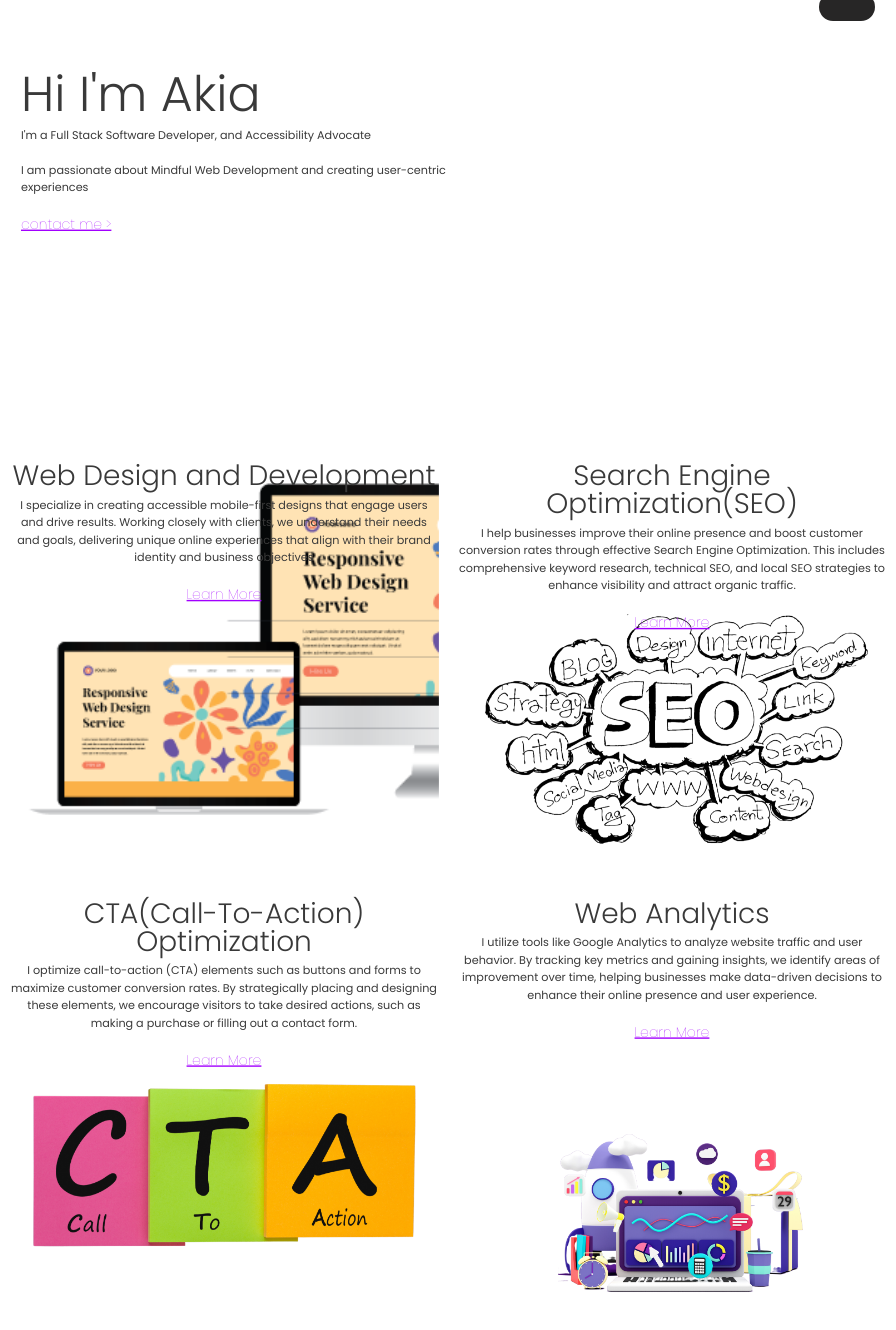
Repository: akiachenise/akiachenise.github.io
Page: index.html
These files come from the project's save history. The page is drawn as it stood at one moment and after the next save; the edit follows.
The browser window is 1280 px wide. The pictures show the part of the page from y = 40 to 1940 px (the page is 2883 px tall), at 70% of full size.
Pictures or frames that could not be fetched are drawn as grey boxes.

Above is the page before, as saved 2023-06-08 18:07:42.

### index.html
<!DOCTYPE html>
<html lang = "en">
<head>
     <meta charset="utf-8" />
     <title>Developed By Akia</title>
     <link rel="stylesheet" href="styles.css" />
     <meta name="viewport" content="width=device-width, initial-scale=1">

</head>
<body>
    <header>
        <div class="switch">
            <div class="flicker"></div>
            <div class="moon"></div>
        </div>
    </header>

    <section class="main">
        <div class="main-text">
            <h1>Hi I'm Akia</h1>
            <p>I'm a Full Stack Software Developer, and Accessibility Advocate</p>
            <br/>
            <p>I am passionate about Mindful Web Development and creating user-centric experiences</p>
            <br/>
            <a href="#footer">contact me ></a>
        </div>

        </section>
    <section class="sub-section">
        <div class="square" id="web-design">
            <h2>Web Design and Development</h2>
            <p>I specialize in creating accessible mobile-first designs that engage users and drive results. Working closely with clients, we understand their needs and goals, delivering unique online experiences that align with their brand identity and business objectives</p>
            </br>
            <a href="">Learn More</a>
        </div>
        <div class="square" id="search-engine">
            <h2>Search Engine Optimization(SEO)</h2>
            <p>I help businesses improve their online presence and boost customer conversion rates through effective Search Engine Optimization. This includes comprehensive keyword research, technical SEO, and local SEO strategies to enhance visibility and attract organic traffic.</p>
            </br>
            <a href="">Learn More</a>
        </div>
        <div class="square" id="call-to-action">
            <h2>CTA(Call-To-Action) Optimization</h2>
            <p>I optimize call-to-action (CTA) elements such as buttons and forms to maximize customer conversion rates. By strategically placing and designing these elements, we encourage visitors to take desired actions, such as making a purchase or filling out a contact form.</p>
            </br>
            <a href="">Learn More</a>
        </div>
        <div class="square" id="web-analytics">
            <h2>Web Analytics</h2>
            <p>I utilize tools like Google Analytics to analyze website traffic and user behavior. By tracking key metrics and gaining insights, we identify areas of improvement over time, helping businesses make data-driven decisions to enhance their online presence and user experience.</p>
            </br>
            <a href="">Learn More</a>
        </div>
        <div class="square" id="coming-soon"></div>
            <h2>COMING SOON: Mindful Melanin</h2>
            <p>As an additional offering, I am developing an accessible web application called Mindful Melanin. This platform empowers black women by providing daily affirmations, journaling spaces, and goal setting and tracking features. It promotes self-care, mental well-being, and personal growth in a modern and accessible way.</p>
            </br>
            <a href="">Learn More</a>
        </div>
    </section>

        <footer id ="footer">
            <p> Developed with 💜 By Akia</p>
            <p>developedbyakia@gmail.com</p>
        </footer>

            <script src="scripts.js></script>
        </body>
    </html>

### css/styles.css
@import url('https://fonts.googleapis.com/css2?family=Poppins:ital,wght@0,100;0,200;0,300;0,400;0,500;0,600;0,700;0,800;0,900;1,100;1,200;1,400;1,500;1,600;1,700;1,800;1,900&display=swap');

body {
    transition: 0.3s;
    margin: 0;
    padding:0;
    background-color: 241, 239, 239);
    font-family: 'Poppins', sans-serif;
    color: rgb(57, 57, 57);
}
h1 {
    font-size: 70px;
    line-height:70px;
    font-weight: 300;
    margin: 10px 0;
}

h2 {
    font-size: 40px;
    line-height: 40px;
    font-weight: 300;
    margin: 10px 0;
}

p {
    margin: 0px;
    font-size 20px;
}

a {
    color:rgb(162, 0, 255);
    font-size: 20px;
    font-weight: 100;
}

.dark a {
    color: rgb(246, 169, 241);
}


header {
    display: flex;
    justify-content: flex-end;
    padding: 30px;
}

.switch {
  width: 80px;
  height: 40px;
  border-radius: 20px;
  background-color: rgb(39, 38, 38);
  position:relative:
}

.flicker {
  width: 30px;
  height: 30px;
  border-radius: 15px;
  background-color: rgb(255, 255, 255);
  position:absolute;
  top: 5px;
  left: 5px;
  transition: 0.3s;
  box-shadow:
    inset 4px 4px 4px rgb(255, 255, 255);
    inset -4px -4px -1px rgb(195 193 198 / 90%);
}

.dark {
    background-color: rgb(57, 57, 57);
    transition: 0.3s;
}

.moon {
    width: 20px;
    height: 20px;
    border-radius: 10px;
    box-shadow: 4px 4px 0 0 rgb(255, 255, 255);
    position: absolute;
    top: 5px;
    left: 45px;
}

.dark .flicker {
    transform: translateX(40px);
}

.dark > * {
    color: rgb(255, 255, 255);
}

.main{
    height: 80vh;
}
.main-text {
    width: 50%;
    padding: 30px;
}

.square{
    width: 98%%;
    margin: 1%
    height: 350px;
    background-color: rgb(255, 255, 255);
    text-align: center;
}

.dark .square {
    background-color: rgb(71, 71, 71);
}
#web-design {
    background-image: url("images/web-design.png");
    background-size: cover;
}

#search-engine {
    background-image: url("images/search-engine.png");
    background-size: cover;
}

#call-to-action{
    background-image: url("images/call-to-action.png");
    background-size: cover;
}

#web-analytics {
    background-image: url("images/web-analytics.png");
    background-size: cover;
}

#coming-soon {
    background-image: url("images/coming-soon-light.png");
    background-size: cover;
}

.dark #coming-soon {
    background-image: url("images/coming-soon-dark.png");
    background-size: cover;
}



.sub-section {
    display: flex;
    flex-wrap: wrap;
}

footer {
    display: flex;
    justify-content: center;
    padding: 100px 30px;
    background-color: rgb(136, 136, 136);
}

.dark footer {
    background-color: (28, 28, 28);
}


@media only screen and (min-width: 970px) {
    .square {
        width: 48%;
        margin: 1%;
        height: 600px;
    }

}
}

After the next save:
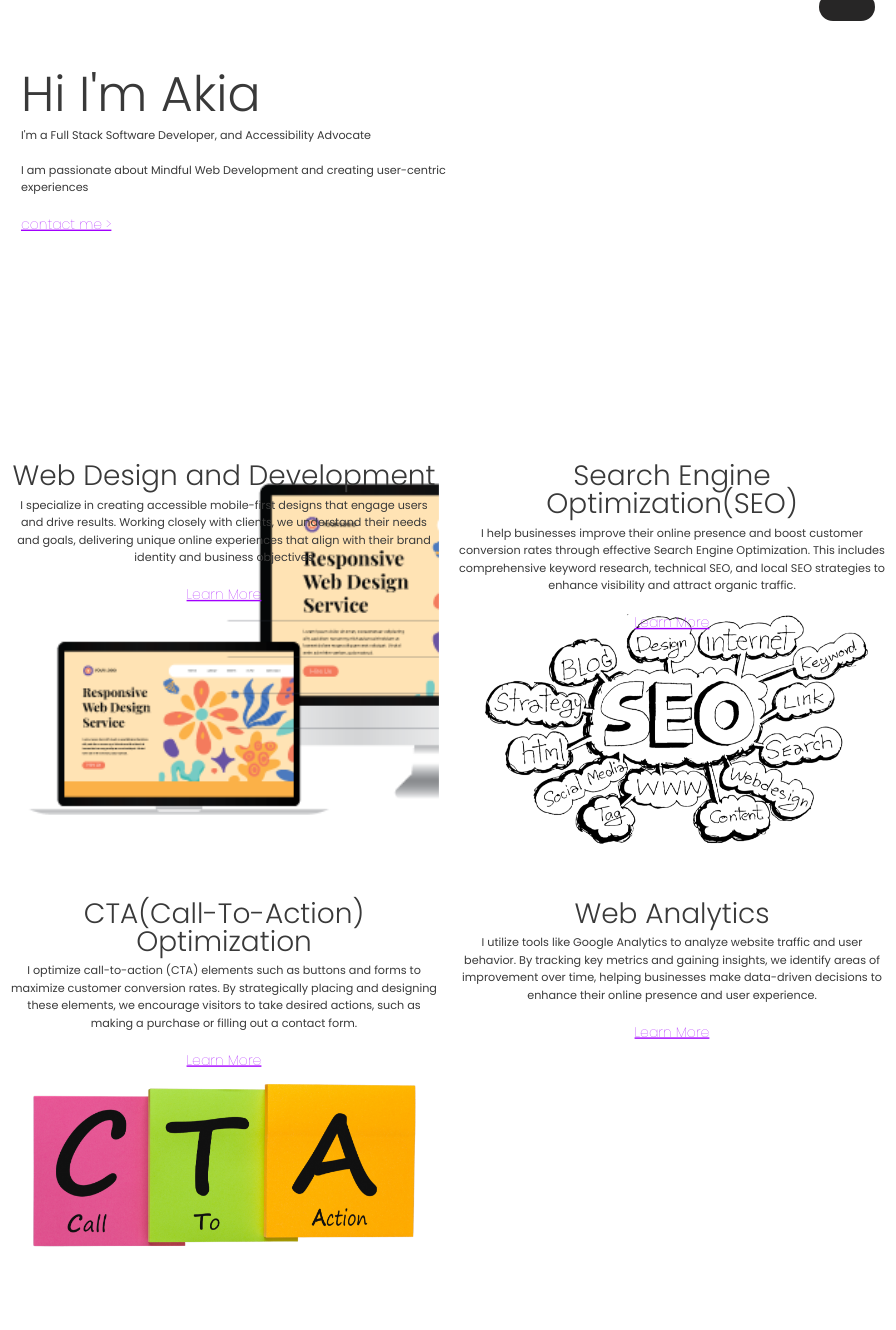
Saved 7 min 24 s later.
--- a/index.html
+++ b/index.html
@@ -3,7 +3,7 @@
 <head>
      <meta charset="utf-8" />
      <title>Developed By Akia</title>
-     <link rel="stylesheet" href="styles.css" />
+     <link rel="stylesheet" href="css/styles.css" />
      <meta name="viewport" content="width=device-width, initial-scale=1">
 
 </head>
